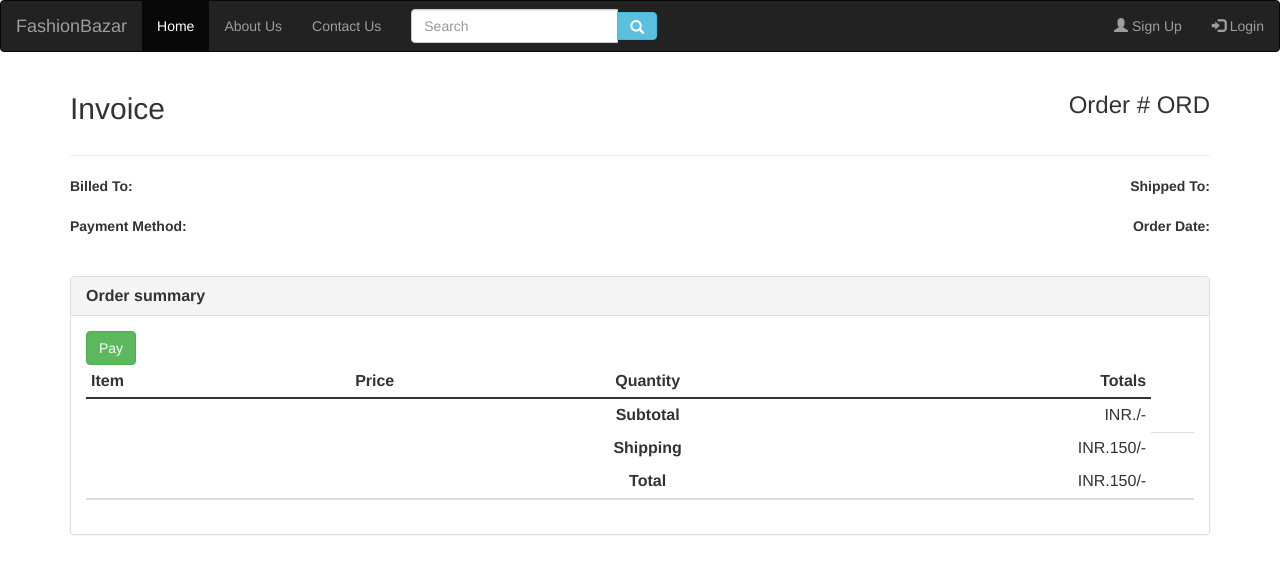
Repository: SmithaMendonca/Project-1
Page: http://localhost/FashionBazarFrontend/WEB-INF/views/Receipt.jsp
These files come from the project's save history. The page is drawn as it stood at one moment and after the next save; the edit follows.
The browser window is 1280 px wide. The pictures show the whole page.
The page is served by Tomcat 9. Nobody is signed in. The template is opened directly, without the code that normally fills it, so the values that code supplies are empty.

Above is the page before, as saved 2019-06-06 05:52:05.

After the next save:
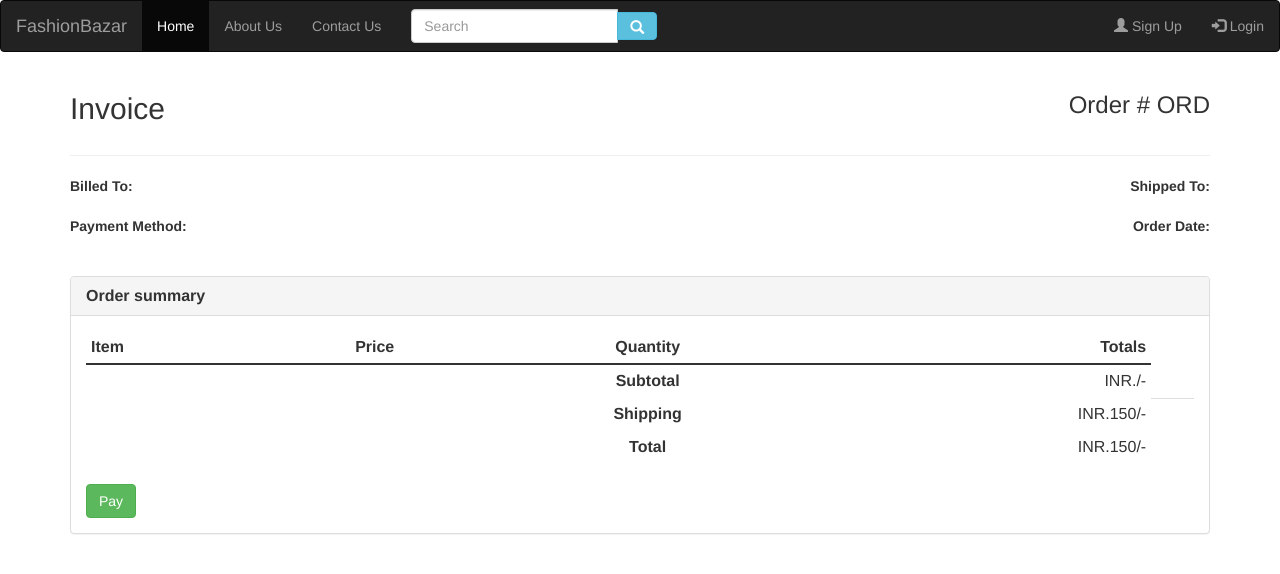
Saved 36 s later.
--- a/FashionBazarFrontend/src/main/webapp/WEB-INF/views/Receipt.jsp
+++ b/FashionBazarFrontend/src/main/webapp/WEB-INF/views/Receipt.jsp
@@ -105,10 +105,8 @@
     								<td class="no-line text-right">INR.${grandTotal+150}/-</td>
     							</tr>
     						</tbody>
-    						  <tr>
-    						    <input type="submit" value="Pay" class="btn btn-success">
-    						  </tr>
     					</table>
+    					<input type="submit" value="Pay" class="btn btn-success">
     				</div>
     			</div>
     		</div>
